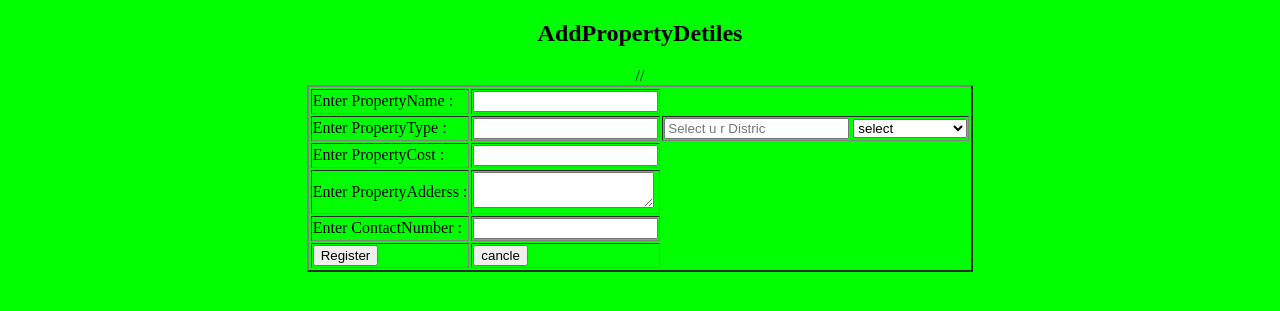
Repository: khadri2021/A2023_Task_Property_Management
Page: http://localhost/AdderssMakersWeb/Add.jsp
The author's editor kept a copy of each file at every save. The page is drawn from the files as they stood at one save, then again after the next save.
The browser window is 1280 px wide. The pictures show the whole page.
The page is served by Tomcat 9.

Above is the page before, as saved 2024-02-11 11:53:52.

After the next save:
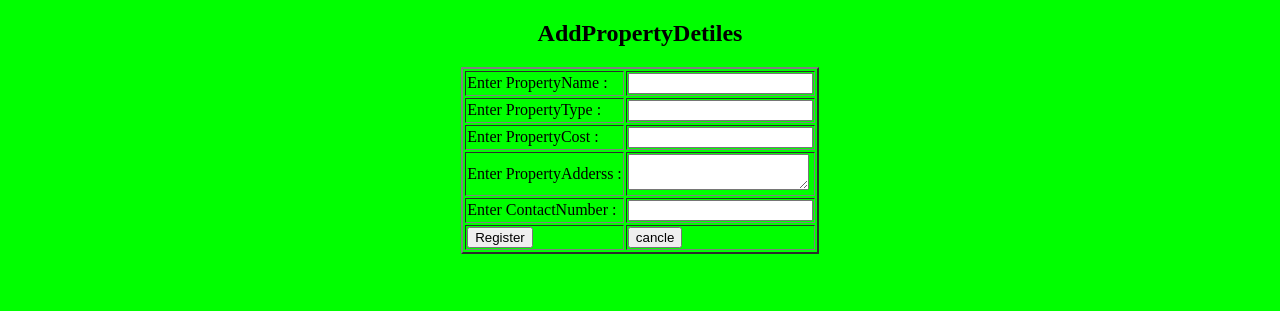
Saved 71 s later.
--- a/AdderssMakersWeb/WebContent/Add.jsp
+++ b/AdderssMakersWeb/WebContent/Add.jsp
@@ -19,16 +19,9 @@
 </tr>
 <tr>
 <td>Enter PropertyType :</td>
-//<td><input type="text" name="ProType">
+<td><input type="text" name="ProType">
 
- <td><input type="text" id="name" name="Distric"
-			 placeholder="Select u r Distric">
-			 <select name="simple">
-			 <option value=" ">select</option>
-			 <option value="ANANTHAPUR">ANANTHAPUR</OPTION>
-			  <option value="KADAPA">KADAPA</option>
-			  <option value="KARNOOL">KARNOOL</option>
-			  </select>
+
 </td>
 </tr>
 <tr>
